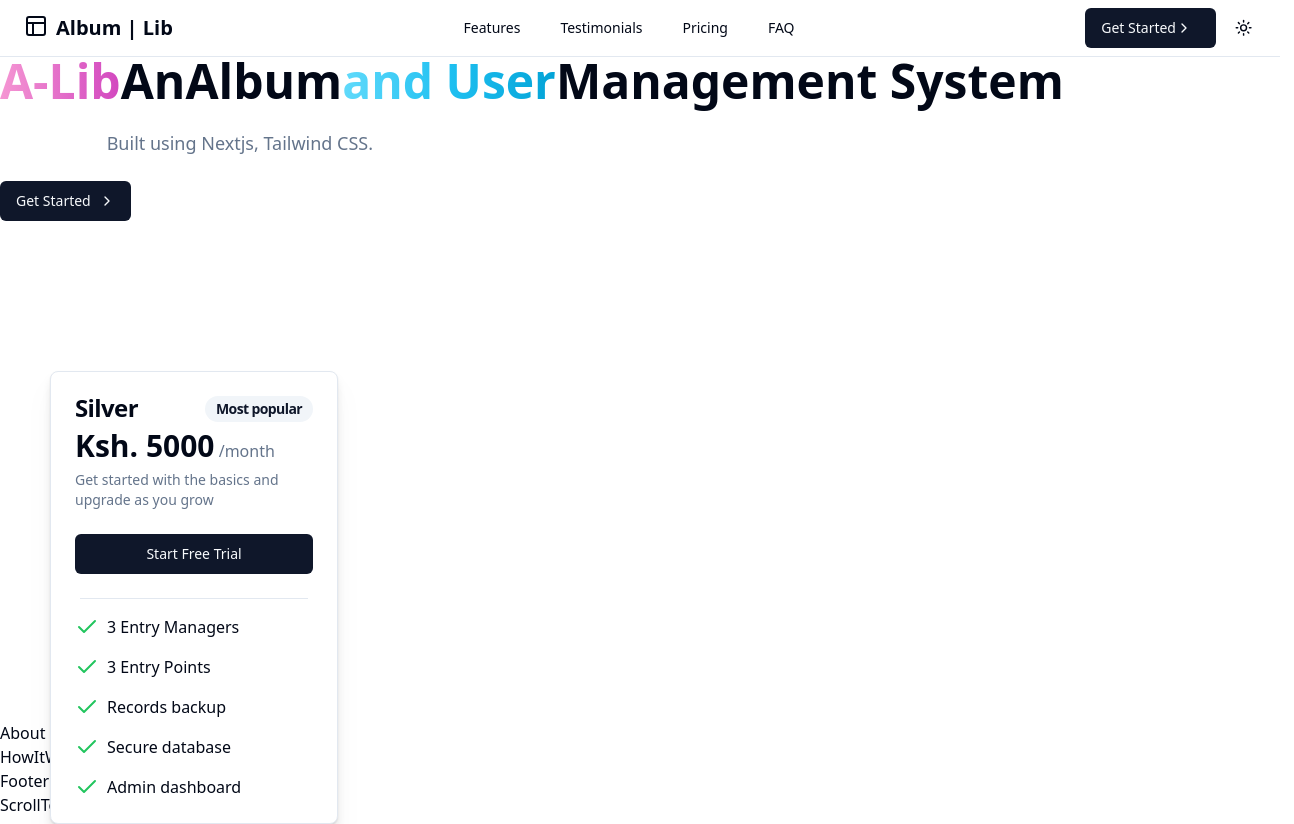
Repository: DevLaukey/savannah-informatics-test
Page: /
An editor plug-in stored every save of this project. The page is shown before and after the next save, followed by the edit.
The browser window is 1280 px wide. The page is 1280 px wide, then 1294 px, so the pictures cover 1294 px, including what lies to the right of the window. The pictures show the whole page.
The project was rebuilt for these pictures with package versions that can differ from the ones it lists, and the page was loaded fresh each time. The framework's server and built-in components were replaced by stand-ins that run in the browser. Also part of the build but not shown: next.config.mjs, components/ui/avatar.jsx, components/landing-page/LightBulbIcon.jsx.

Above is the page before, as saved 2024-06-04 22:00:19.

### app/layout.jsx
import "./globals.css";
import { Inter as FontSans } from "next/font/google";

import { cn } from "@/lib/utils";
import { ThemeProvider } from "@/lib/theme-provider";

const fontSans = FontSans({
  subsets: ["latin"],
  variable: "--font-sans",
});

export default function RootLayout({ children }) {
  return (
    <html lang="en" suppressHydrationWarning>
      <head />
      <body
        className={cn(
          "min-h-screen bg-background font-sans antialiased",
          fontSans.variable
        )}
      >
        <ThemeProvider
          attribute="class"
          defaultTheme="system"
          enableSystem
          disableTransitionOnChange
        >
          {children}
        </ThemeProvider>
      </body>
    </html>
  );
}

### app/page.jsx
import Footer from "@/components/Footer";
import About from "@/components/landing-page/About";
import Hero from "@/components/landing-page/Hero";
import HowItWorks from "@/components/landing-page/HowItWorks";
import Navbar from "@/components/Navbar";
import ScrollToTop from "@/components/ScrollToTop";


// this is the landing page
export default function Home() {
  return (
    <>
      <Navbar />
      <Hero />
      <About />
      <HowItWorks />
      <Footer />
      <ScrollToTop />
    </>
  );
}

### components/landing-page/Hero.jsx
import { ChevronRight } from "lucide-react";
import { HeroCards } from "./HeroCards";
import { Button, buttonVariants } from "@/components/ui/button";

const Hero = () => {
  return (
    <section className="">
      <div className="text-center md:text-left space-y-6">
        <main className="text-3xl md:text-5xl font-bold">
          <h1 className="inline-block">
            <span className="inline bg-gradient-to-r from-[#F596D3] to-[#D247BF] text-transparent bg-clip-text">
              A-Lib
            </span>
            An
          </h1>
          Album
          <h2 className="inline-block">
            <span className="inline bg-gradient-to-r from-[#61DAFB] via-[#1fc0f1] to-[#03a3d7] text-transparent bg-clip-text">
              and User
            </span>
            Management System
          </h2>
        </main>

        <p className="text-lg text-muted-foreground md:w-10/12 mx-auto">
          Built using Nextjs, Tailwind CSS.
        </p>

        <Button
          type="button"
          className={
            "flex justify-center items-center" + buttonVariants({ variant: "primary" })
          }
        >
          Get Started
          <ChevronRight className="ml-2 h-4 w-4" />
        </Button>
      </div>

      {/* Hero cards sections */}
      <div className="z-10">
        <HeroCards />
      </div>

      {/* Shadow effect */}
      <div className="shadow"></div>
    </section>
  );
};

export default Hero;

### components/landing-page/HowItWorks.jsx
import React from 'react'

function HowItWorks() {
  return (
    <div>HowItWorks</div>
  )
}

export default HowItWorks

### components/Navbar.jsx
"use client";
import React, { useState } from "react";
import {
  NavigationMenu,
  NavigationMenuItem,
  NavigationMenuList,
} from "@/components/ui/navigation-menu";
import {
  Sheet,
  SheetContent,
  SheetHeader,
  SheetTitle,
  SheetTrigger,
} from "@/components/ui/sheet";
import { Button, buttonVariants } from "./ui/button";
import { ChevronRight, Menu } from "lucide-react";
import ModeToggle from "./mode-toggle";
import { LogoIcon } from "./Icons";

const routeList = [
  {
    href: "#features",
    label: "Features",
  },
  {
    href: "#testimonials",
    label: "Testimonials",
  },
  {
    href: "#pricing",
    label: "Pricing",
  },
  {
    href: "#faq",
    label: "FAQ",
  },
];

const Navbar = () => {
  const [isOpen, setIsOpen] = useState(false);
  return (
    <header className="sticky border-b-[1px] top-0 z-40 w-full bg-white dark:border-b-slate-700 dark:bg-background">
      <NavigationMenu className="mx-auto">
        <NavigationMenuList className="container h-14 px-4 w-screen flex justify-between">
          <NavigationMenuItem className="font-bold flex">
            <a
              rel="noreferrer noopener"
              href="/"
              className="ml-2 font-bold text-xl flex"
            >
              <LogoIcon />
              Album | Lib
            </a>
          </NavigationMenuItem>

          {/* mobile */}
          <span className="flex md:hidden">
            <ModeToggle />

            <Sheet open={isOpen} onOpenChange={setIsOpen}>
              <SheetTrigger className="px-2">
                <Menu
                  className="flex md:hidden h-5 w-5"
                  onClick={() => setIsOpen(true)}
                >
                  <span className="sr-only">Menu Icon</span>
                </Menu>
              </SheetTrigger>

              <SheetContent side={"left"}>
                <SheetHeader>
                  <SheetTitle className="font-bold text-xl">
                    Shadcn/React
                  </SheetTitle>
                </SheetHeader>
                <nav className="flex flex-col justify-center items-center gap-2 mt-4">
                  {routeList.map(({ href, label }) => (
                    <a
                      rel="noreferrer noopener"
                      key={label}
                      href={href}
                      onClick={() => setIsOpen(false)}
                      className={buttonVariants({ variant: "ghost" })}
                    >
                      {label}
                    </a>
                  ))}
                  <Button>
                    Get Started
                    <ChevronRight className="mr-2 h-4 w-4" />
                  </Button>
                </nav>
              </SheetContent>
            </Sheet>
          </span>

          {/* desktop */}
          <nav className="hidden md:flex gap-2">
            {routeList.map((route, i) => (
              <a
                rel="noreferrer noopener"
                href={route.href}
                key={i}
                className={`text-[17px] ${buttonVariants({
                  variant: "ghost",
                })}`}
              >
                {route.label}
              </a>
            ))}
          </nav>

          <div className="hidden md:flex gap-2">
            <Button>
              Get Started
              <ChevronRight className="mr-2 h-4 w-4" />
            </Button>
            <ModeToggle />
          </div>
        </NavigationMenuList>
      </NavigationMenu>
    </header>
  );
};
export default Navbar;

### components/ScrollToTop.jsx
import React from 'react'

function ScrollToTop() {
  return (
    <div>ScrollToTop</div>
  )
}

export default ScrollToTop

### components/ui/button.jsx
import * as React from "react"
import { Slot } from "@radix-ui/react-slot"
import { cva } from "class-variance-authority";

import { cn } from "@/lib/utils"

const buttonVariants = cva(
  "inline-flex items-center justify-center whitespace-nowrap rounded-md text-sm font-medium ring-offset-background transition-colors focus-visible:outline-none focus-visible:ring-2 focus-visible:ring-ring focus-visible:ring-offset-2 disabled:pointer-events-none disabled:opacity-50",
  {
    variants: {
      variant: {
        default: "bg-primary text-primary-foreground hover:bg-primary/90",
        destructive:
          "bg-destructive text-destructive-foreground hover:bg-destructive/90",
        outline:
          "border border-input bg-background hover:bg-accent hover:text-accent-foreground",
        secondary:
          "bg-secondary text-secondary-foreground hover:bg-secondary/80",
        ghost: "hover:bg-accent hover:text-accent-foreground",
        link: "text-primary underline-offset-4 hover:underline",
      },
      size: {
        default: "h-10 px-4 py-2",
        sm: "h-9 rounded-md px-3",
        lg: "h-11 rounded-md px-8",
        icon: "h-10 w-10",
      },
    },
    defaultVariants: {
      variant: "default",
      size: "default",
    },
  }
)

const Button = React.forwardRef(({ className, variant, size, asChild = false, ...props }, ref) => {
  const Comp = asChild ? Slot : "button"
  return (
    (<Comp
      className={cn(buttonVariants({ variant, size, className }))}
      ref={ref}
      {...props} />)
  );
})
Button.displayName = "Button"

export { Button, buttonVariants }

### components/ui/navigation-menu.jsx
import * as React from "react"
import * as NavigationMenuPrimitive from "@radix-ui/react-navigation-menu"
import { cva } from "class-variance-authority"
import { ChevronDown } from "lucide-react"

import { cn } from "@/lib/utils"

const NavigationMenu = React.forwardRef(({ className, children, ...props }, ref) => (
  <NavigationMenuPrimitive.Root
    ref={ref}
    className={cn(
      "relative z-10 flex max-w-max flex-1 items-center justify-center",
      className
    )}
    {...props}>
    {children}
    <NavigationMenuViewport />
  </NavigationMenuPrimitive.Root>
))
NavigationMenu.displayName = NavigationMenuPrimitive.Root.displayName

const NavigationMenuList = React.forwardRef(({ className, ...props }, ref) => (
  <NavigationMenuPrimitive.List
    ref={ref}
    className={cn(
      "group flex flex-1 list-none items-center justify-center space-x-1",
      className
    )}
    {...props} />
))
NavigationMenuList.displayName = NavigationMenuPrimitive.List.displayName

const NavigationMenuItem = NavigationMenuPrimitive.Item

const navigationMenuTriggerStyle = cva(
  "group inline-flex h-10 w-max items-center justify-center rounded-md bg-background px-4 py-2 text-sm font-medium transition-colors hover:bg-accent hover:text-accent-foreground focus:bg-accent focus:text-accent-foreground focus:outline-none disabled:pointer-events-none disabled:opacity-50 data-[active]:bg-accent/50 data-[state=open]:bg-accent/50"
)

const NavigationMenuTrigger = React.forwardRef(({ className, children, ...props }, ref) => (
  <NavigationMenuPrimitive.Trigger
    ref={ref}
    className={cn(navigationMenuTriggerStyle(), "group", className)}
    {...props}>
    {children}{" "}
    <ChevronDown
      className="relative top-[1px] ml-1 h-3 w-3 transition duration-200 group-data-[state=open]:rotate-180"
      aria-hidden="true" />
  </NavigationMenuPrimitive.Trigger>
))
NavigationMenuTrigger.displayName = NavigationMenuPrimitive.Trigger.displayName

const NavigationMenuContent = React.forwardRef(({ className, ...props }, ref) => (
  <NavigationMenuPrimitive.Content
    ref={ref}
    className={cn(
      "left-0 top-0 w-full data-[motion^=from-]:animate-in data-[motion^=to-]:animate-out data-[motion^=from-]:fade-in data-[motion^=to-]:fade-out data-[motion=from-end]:slide-in-from-right-52 data-[motion=from-start]:slide-in-from-left-52 data-[motion=to-end]:slide-out-to-right-52 data-[motion=to-start]:slide-out-to-left-52 md:absolute md:w-auto ",
      className
    )}
    {...props} />
))
NavigationMenuContent.displayName = NavigationMenuPrimitive.Content.displayName

const NavigationMenuLink = NavigationMenuPrimitive.Link

const NavigationMenuViewport = React.forwardRef(({ className, ...props }, ref) => (
  <div className={cn("absolute left-0 top-full flex justify-center")}>
    <NavigationMenuPrimitive.Viewport
      className={cn(
        "origin-top-center relative mt-1.5 h-[var(--radix-navigation-menu-viewport-height)] w-full overflow-hidden rounded-md border bg-popover text-popover-foreground shadow-lg data-[state=open]:animate-in data-[state=closed]:animate-out data-[state=closed]:zoom-out-95 data-[state=open]:zoom-in-90 md:w-[var(--radix-navigation-menu-viewport-width)]",
        className
      )}
      ref={ref}
      {...props} />
  </div>
))
NavigationMenuViewport.displayName =
  NavigationMenuPrimitive.Viewport.displayName

const NavigationMenuIndicator = React.forwardRef(({ className, ...props }, ref) => (
  <NavigationMenuPrimitive.Indicator
    ref={ref}
    className={cn(
      "top-full z-[1] flex h-1.5 items-end justify-center overflow-hidden data-[state=visible]:animate-in data-[state=hidden]:animate-out data-[state=hidden]:fade-out data-[state=visible]:fade-in",
      className
    )}
    {...props}>
    <div
      className="relative top-[60%] h-2 w-2 rotate-45 rounded-tl-sm bg-border shadow-md" />
  </NavigationMenuPrimitive.Indicator>
))
NavigationMenuIndicator.displayName =
  NavigationMenuPrimitive.Indicator.displayName

export {
  navigationMenuTriggerStyle,
  NavigationMenu,
  NavigationMenuList,
  NavigationMenuItem,
  NavigationMenuContent,
  NavigationMenuTrigger,
  NavigationMenuLink,
  NavigationMenuIndicator,
  NavigationMenuViewport,
}

### components/ui/sheet.jsx
"use client";
import * as React from "react"
import * as SheetPrimitive from "@radix-ui/react-dialog"
import { cva } from "class-variance-authority";
import { X } from "lucide-react"

import { cn } from "@/lib/utils"

const Sheet = SheetPrimitive.Root

const SheetTrigger = SheetPrimitive.Trigger

const SheetClose = SheetPrimitive.Close

const SheetPortal = SheetPrimitive.Portal

const SheetOverlay = React.forwardRef(({ className, ...props }, ref) => (
  <SheetPrimitive.Overlay
    className={cn(
      "fixed inset-0 z-50 bg-black/80  data-[state=open]:animate-in data-[state=closed]:animate-out data-[state=closed]:fade-out-0 data-[state=open]:fade-in-0",
      className
    )}
    {...props}
    ref={ref} />
))
SheetOverlay.displayName = SheetPrimitive.Overlay.displayName

const sheetVariants = cva(
  "fixed z-50 gap-4 bg-background p-6 shadow-lg transition ease-in-out data-[state=open]:animate-in data-[state=closed]:animate-out data-[state=closed]:duration-300 data-[state=open]:duration-500",
  {
    variants: {
      side: {
        top: "inset-x-0 top-0 border-b data-[state=closed]:slide-out-to-top data-[state=open]:slide-in-from-top",
        bottom:
          "inset-x-0 bottom-0 border-t data-[state=closed]:slide-out-to-bottom data-[state=open]:slide-in-from-bottom",
        left: "inset-y-0 left-0 h-full w-3/4 border-r data-[state=closed]:slide-out-to-left data-[state=open]:slide-in-from-left sm:max-w-sm",
        right:
          "inset-y-0 right-0 h-full w-3/4  border-l data-[state=closed]:slide-out-to-right data-[state=open]:slide-in-from-right sm:max-w-sm",
      },
    },
    defaultVariants: {
      side: "right",
    },
  }
)

const SheetContent = React.forwardRef(({ side = "right", className, children, ...props }, ref) => (
  <SheetPortal>
    <SheetOverlay />
    <SheetPrimitive.Content ref={ref} className={cn(sheetVariants({ side }), className)} {...props}>
      {children}
      <SheetPrimitive.Close
        className="absolute right-4 top-4 rounded-sm opacity-70 ring-offset-background transition-opacity hover:opacity-100 focus:outline-none focus:ring-2 focus:ring-ring focus:ring-offset-2 disabled:pointer-events-none data-[state=open]:bg-secondary">
        <X className="h-4 w-4" />
        <span className="sr-only">Close</span>
      </SheetPrimitive.Close>
    </SheetPrimitive.Content>
  </SheetPortal>
))
SheetContent.displayName = SheetPrimitive.Content.displayName

const SheetHeader = ({
  className,
  ...props
}) => (
  <div
    className={cn("flex flex-col space-y-2 text-center sm:text-left", className)}
    {...props} />
)
SheetHeader.displayName = "SheetHeader"

const SheetFooter = ({
  className,
  ...props
}) => (
  <div
    className={cn("flex flex-col-reverse sm:flex-row sm:justify-end sm:space-x-2", className)}
    {...props} />
)
SheetFooter.displayName = "SheetFooter"

const SheetTitle = React.forwardRef(({ className, ...props }, ref) => (
  <SheetPrimitive.Title
    ref={ref}
    className={cn("text-lg font-semibold text-foreground", className)}
    {...props} />
))
SheetTitle.displayName = SheetPrimitive.Title.displayName

const SheetDescription = React.forwardRef(({ className, ...props }, ref) => (
  <SheetPrimitive.Description
    ref={ref}
    className={cn("text-sm text-muted-foreground", className)}
    {...props} />
))
SheetDescription.displayName = SheetPrimitive.Description.displayName

export {
  Sheet,
  SheetPortal,
  SheetOverlay,
  SheetTrigger,
  SheetClose,
  SheetContent,
  SheetHeader,
  SheetFooter,
  SheetTitle,
  SheetDescription,
}

### components/mode-toggle.jsx
import React from "react";
import { Button } from "@/components/ui/button";
import {
  DropdownMenu,
  DropdownMenuContent,
  DropdownMenuItem,
  DropdownMenuTrigger,
} from "@/components/ui/dropdown-menu";
import { useTheme } from "@/lib/theme-provider";
import { Moon, Sun } from "lucide-react";

export default function ModeToggle() {
  const { setTheme } = useTheme();

  return (
    <DropdownMenu>
      <DropdownMenuTrigger asChild>
        <Button variant="ghost" size="icon" className="ghost">
          <Sun className="h-[1.1rem] w-[1.2rem] rotate-0 scale-100 transition-all dark:-rotate-90 dark:scale-0" />
          <Moon className="absolute h-[1.1rem] w-[1.2rem] rotate-90 scale-0 transition-all dark:rotate-0 dark:scale-100" />
          <span className="sr-only">Toggle theme</span>
        </Button>
      </DropdownMenuTrigger>
      <DropdownMenuContent align="end">
        <DropdownMenuItem onClick={() => setTheme("light")}>
          Light
        </DropdownMenuItem>
        <DropdownMenuItem onClick={() => setTheme("dark")}>
          Dark
        </DropdownMenuItem>
        <DropdownMenuItem onClick={() => setTheme("system")}>
          System
        </DropdownMenuItem>
      </DropdownMenuContent>
    </DropdownMenu>
  );
}

### components/Icons.jsx
export const LogoIcon = () => {
  return (
    <svg
      xmlns="http://www.w3.org/2000/svg"
      viewBox="0 0 24 24"
      fill="none"
      stroke="currentColor"
      strokeWidth="2"
      strokeLinecap="round"
      strokeLinejoin="round"
      className="lucide lucide-panels-top-left mr-2 w-6 h-6"
    >
      <rect width="18" height="18" x="3" y="3" rx="2" />
      <path d="M3 9h18" />
      <path d="M9 21V9" />
    </svg>
  );
};

### components/ui/badge.jsx
import * as React from "react"
import { cva } from "class-variance-authority";

import { cn } from "@/lib/utils"

const badgeVariants = cva(
  "inline-flex items-center rounded-full border px-2.5 py-0.5 text-xs font-semibold transition-colors focus:outline-none focus:ring-2 focus:ring-ring focus:ring-offset-2",
  {
    variants: {
      variant: {
        default:
          "border-transparent bg-primary text-primary-foreground hover:bg-primary/80",
        secondary:
          "border-transparent bg-secondary text-secondary-foreground hover:bg-secondary/80",
        destructive:
          "border-transparent bg-destructive text-destructive-foreground hover:bg-destructive/80",
        outline: "text-foreground",
      },
    },
    defaultVariants: {
      variant: "default",
    },
  }
)

function Badge({
  className,
  variant,
  ...props
}) {
  return (<div className={cn(badgeVariants({ variant }), className)} {...props} />);
}

export { Badge, badgeVariants }

### components/ui/card.jsx
import * as React from "react"

import { cn } from "@/lib/utils"

const Card = React.forwardRef(({ className, ...props }, ref) => (
  <div
    ref={ref}
    className={cn("rounded-lg border bg-card text-card-foreground shadow-sm", className)}
    {...props} />
))
Card.displayName = "Card"

const CardHeader = React.forwardRef(({ className, ...props }, ref) => (
  <div
    ref={ref}
    className={cn("flex flex-col space-y-1.5 p-6", className)}
    {...props} />
))
CardHeader.displayName = "CardHeader"

const CardTitle = React.forwardRef(({ className, ...props }, ref) => (
  <h3
    ref={ref}
    className={cn("text-2xl font-semibold leading-none tracking-tight", className)}
    {...props} />
))
CardTitle.displayName = "CardTitle"

const CardDescription = React.forwardRef(({ className, ...props }, ref) => (
  <p
    ref={ref}
    className={cn("text-sm text-muted-foreground", className)}
    {...props} />
))
CardDescription.displayName = "CardDescription"

const CardContent = React.forwardRef(({ className, ...props }, ref) => (
  <div ref={ref} className={cn("p-6 pt-0", className)} {...props} />
))
CardContent.displayName = "CardContent"

const CardFooter = React.forwardRef(({ className, ...props }, ref) => (
  <div
    ref={ref}
    className={cn("flex items-center p-6 pt-0", className)}
    {...props} />
))
CardFooter.displayName = "CardFooter"

export { Card, CardHeader, CardFooter, CardTitle, CardDescription, CardContent }

Loaded but not shown: app/globals.css (common file); lib/utils.js (common file); components/Footer.jsx (common file); components/landing-page/About.jsx (common file); tailwind.config.js (82 lines, source omitted); lib/theme-provider.js (60 lines, source omitted); components/ui/dropdown-menu.jsx (157 lines, source omitted); components/landing-page/HeroCards.jsx (164 lines, source omitted)

After the next save:
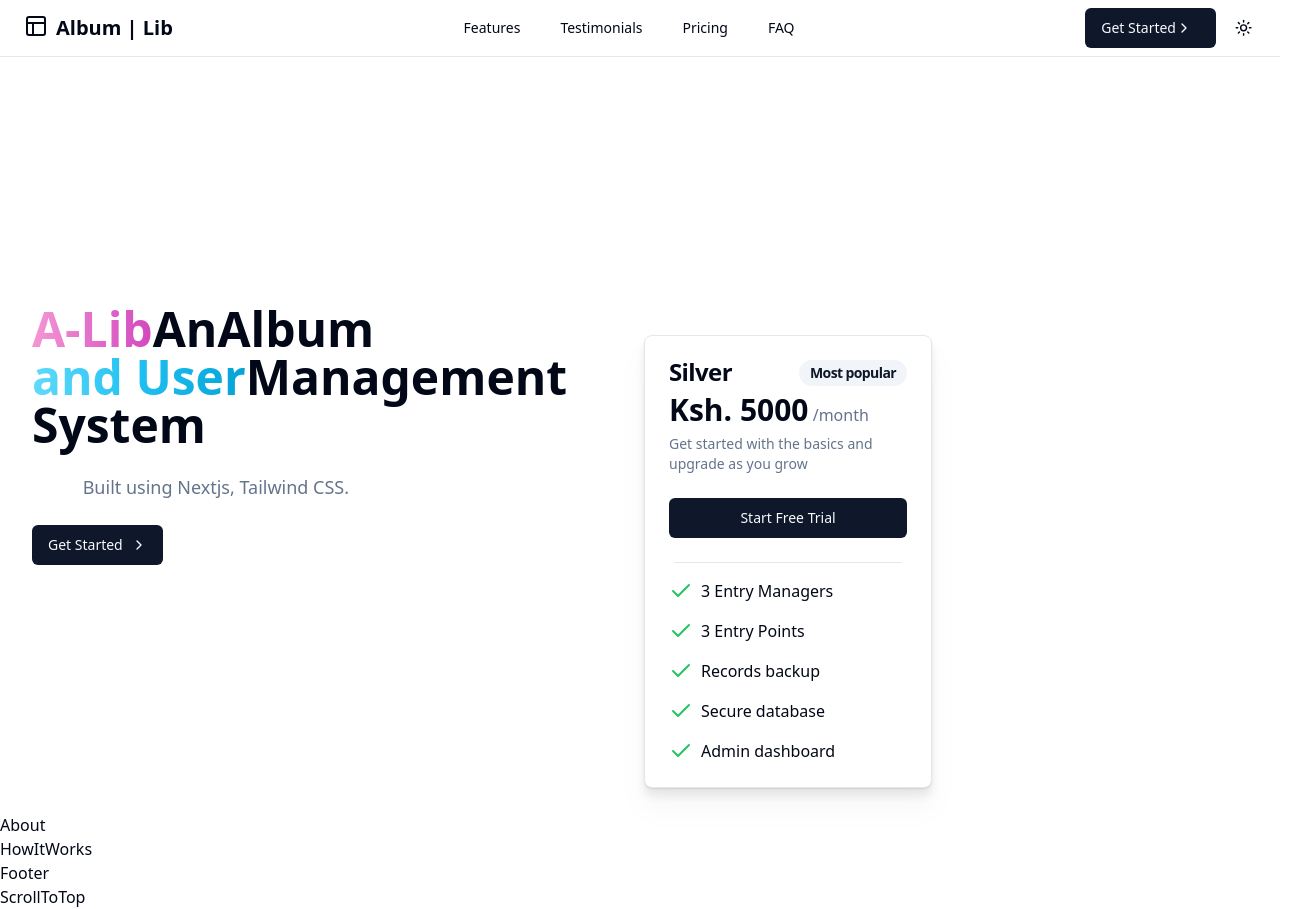
Saved 13 s later.
--- a/components/landing-page/Hero.jsx
+++ b/components/landing-page/Hero.jsx
@@ -4,7 +4,7 @@ import { Button, buttonVariants } from "@/components/ui/button";
 
 const Hero = () => {
   return (
-    <section className="">
+    <section className="w-full container grid grid-cols-1 md:grid-cols-2 place-items-center py-20 md:py-32 ">
       <div className="text-center md:text-left space-y-6">
         <main className="text-3xl md:text-5xl font-bold">
           <h1 className="inline-block">
